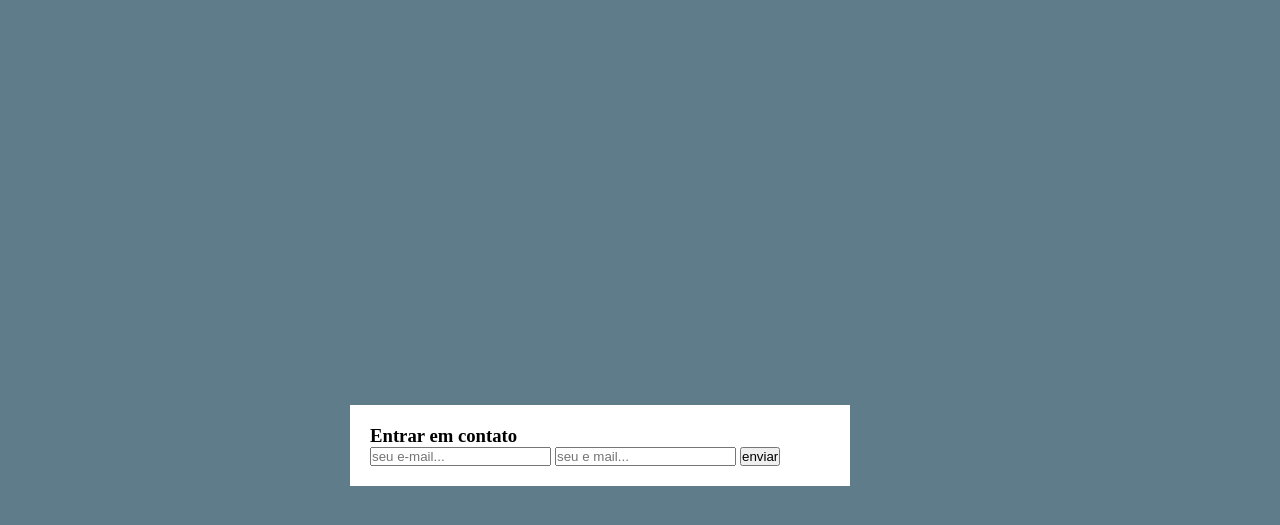
Repository: josceno/Sistema-para-controle-de-experimenta-o-animal
Page: index.html
An editor plug-in stored every save of this project. The page is shown before and after the next save, followed by the edit.
The browser window is 1280 px wide. The pictures show the whole page.

Above is the page before, as saved 2021-09-13 15:22:38.

After the next save:
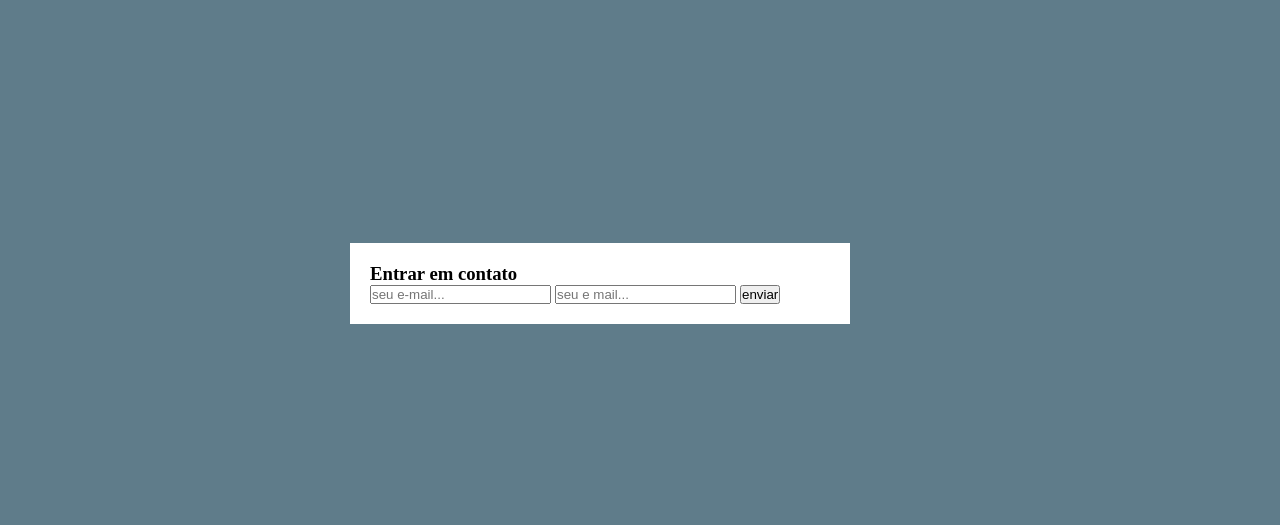
Saved 10 s later.
--- a/index.html
+++ b/index.html
@@ -19,7 +19,7 @@
             left: "50%";
             top: "50%";
 
-            transform: translate(70%,500%);
+            transform: translate(70%,300%);
         }
     </style>
 
